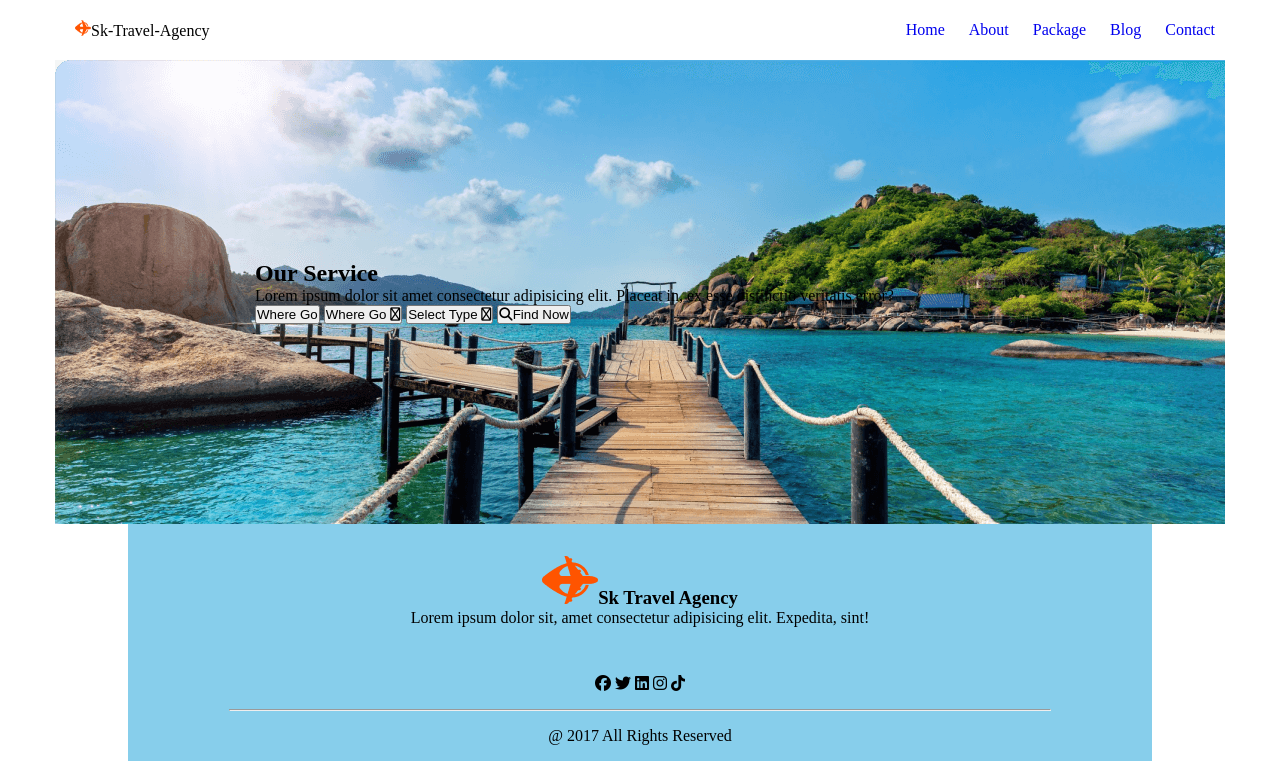
Repository: sumonkumarsarkar/Sk-Travel-Agency-
Page: index.html
These files come from the project's save history. The page is drawn as it stood at one moment and after the next save; the edit follows.
The browser window is 1280 px wide. The pictures show the whole page.

Above is the page before, as saved 2024-01-17 05:24:50.

### index.html
<!DOCTYPE html>
<html lang="en">
<head>
    <meta charset="UTF-8">
    <meta name="viewport" content="width=device-width, initial-scale=1.0">
    <title>Sk-Travel-Agency</title>
    <link rel="stylesheet" href="./style.css">

    <link rel="stylesheet" href="https://cdnjs.cloudflare.com/ajax/libs/font-awesome/6.5.1/css/all.min.css" integrity="sha512-DTOQO9RWCH3ppGqcWaEA1BIZOC6xxalwEsw9c2QQeAIftl+Vegovlnee1c9QX4TctnWMn13TZye+giMm8e2LwA==" crossorigin="anonymous" referrerpolicy="no-referrer" />
</head>
<body>
    <header>
<nav>
    <div class="icon-header">
        <p> <span><img src="./Images/Group 40071 (2).png" alt=""></span>Sk-Travel-Agency</p>
    </div>
    <div class="menu-header">
        <ul>
            <li><a href="#">Home</a></li>
            <li><a href="#">About</a></li>
            <li><a href="#">Package</a></li>
            <li><a href="#">Blog</a></li>
            <li><a href="#">Contact</a></li>
        </ul>
    </div>
</nav>

<section>
    <div class="banner-section">
       <div class="banner-text">
        <h2>Our Service</h2>
        <p>Lorem ipsum dolor sit amet consectetur adipisicing elit. Placeat in, ex esse distinctio veritatis error?</p>
       </div>
       <div class="banner-button">
        <button type="button">Where Go</button>
        <button type="button">Where Go <span><i class="fa-regular fa-angle-down"></i></span></button>
        <button type="button">Select Type <span><i class="fa-regular fa-angle-down"></i></span></button>
        <button type="button"> <span><i class="fa-solid fa-magnifying-glass"></i></span>Find Now</button>
       </div>
    </div>
</section>
    </header>
    <main>

    </main>









        <footer>
            <div class="container">

                    <div class="nornal-text">
                            <h3> <span><img src="./Images/Group 40071 (2).png" alt=""></span>Sk Travel Agency</h3>
                            <p>Lorem ipsum dolor sit, amet consectetur adipisicing elit. Expedita, sint!</p>
                    </div>

                <div class="icon-img">
                    <i class="fa-brands fa-facebook"></i>
                    <i class="fa-brands fa-twitter"></i>
                    <i class="fa-brands fa-linkedin"></i>
                    <i class="fa-brands fa-instagram"></i>
                    <i class="fa-brands fa-tiktok"></i>
                </div>

                <hr>

               <div class="last-text">
                 <p>@ 2017 All Rights Reserved</p>

               </div>


         </footer>





</body>
</html>

### style.css
*{
    margin: 0;
    padding: 0;
}


/* header menu bar start  */

header{
    max-width: 1170px;
    background:#FFF;
    margin: 0 auto;

}
nav{
    display: flex;
    justify-content: space-between;
    align-items: center;
}
.icon-header{
    align-items: center;
    padding:20px;
}
.icon-header img{
    width: 1rem;
    height: 1rem;
}
.menu-header ul{
    list-style: none;

}
.menu-header ul li{
   display: inline-block;
   padding: 10px 10px;

}
.menu-header ul li a{
    text-decoration: none;
}

.banner-section{
    background-image: url("./Images/Group 13 (1) (1).png");

}
.banner-section{


    padding: 200px 200px;


}

/* header menu bar end  */


/* footer section start  */
.container{
 background: skyblue;

 margin: 10px auto;
}
.container .nornal-text{
text-align: center;
padding: 2rem 2rem;


}.container .icon-img{
text-align: center;
padding: 1rem 2rem;


}
.container .last-text{
text-align: center;
padding: 1rem 2rem;


}
.container, hr{

width: 80%;
margin: 0 auto;


}



/* footer section end  */

After the next save:
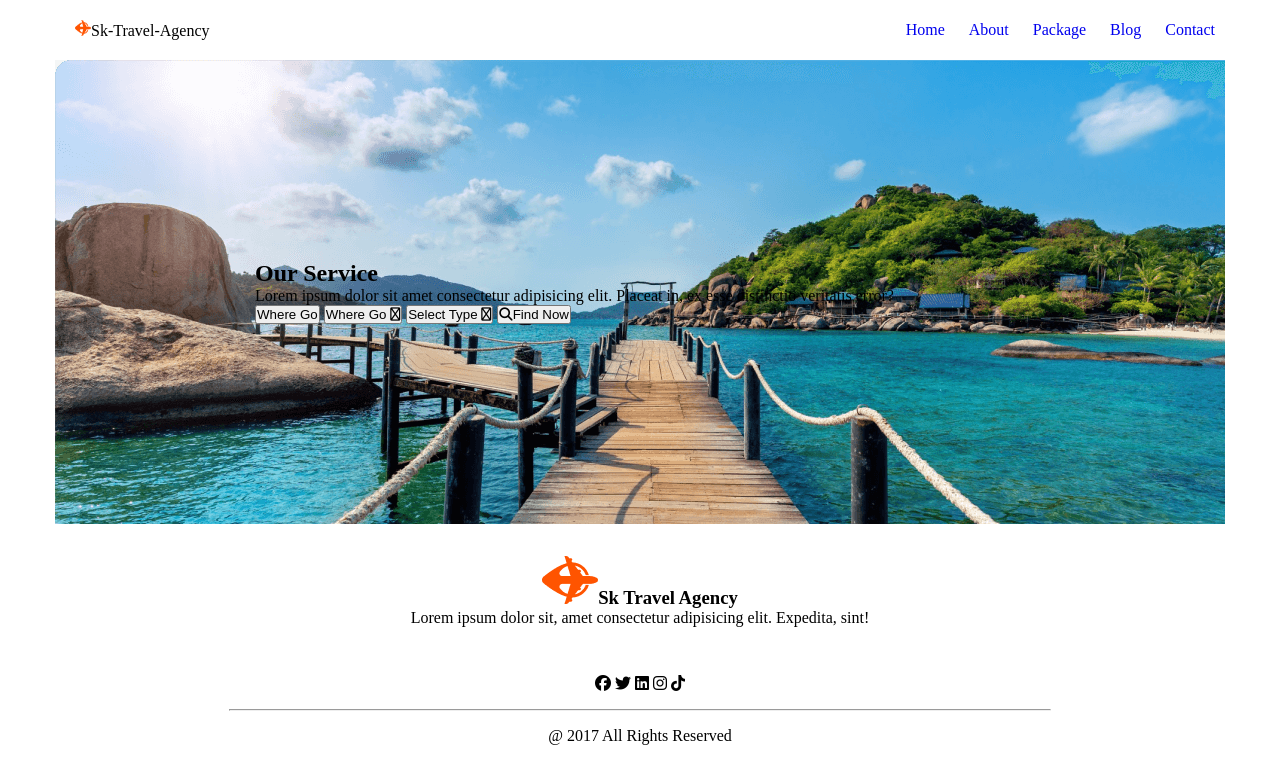
Saved 11 s later.
--- a/style.css
+++ b/style.css
@@ -55,7 +55,7 @@ nav{
 
 /* footer section start  */
 .container{
- background: skyblue;
+
 
  margin: 10px auto;
 }
